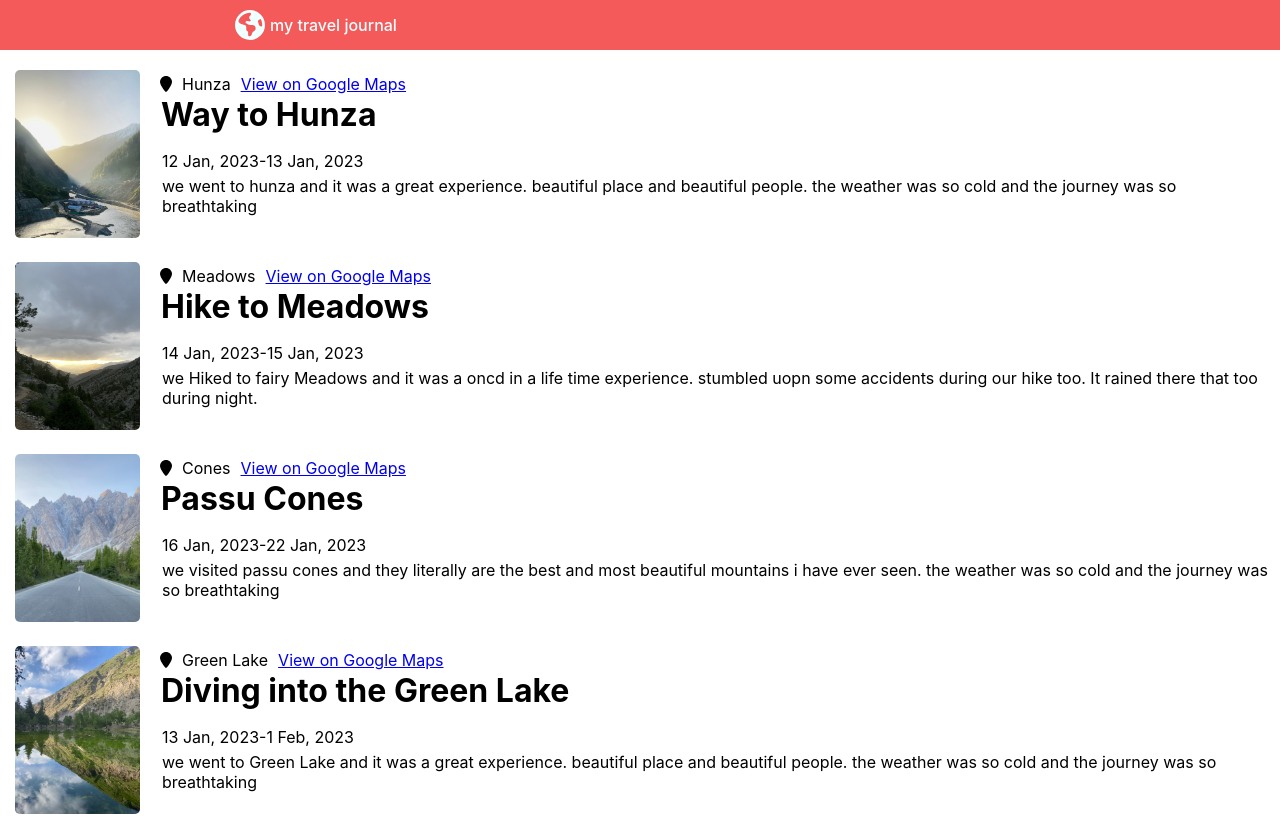
Repository: mortiestmorty1/travel-journal
Page: /
An editor plug-in stored every save of this project. The page is shown before and after the next save, followed by the edit.
The browser window is 1280 px wide. The pictures show the whole page.
The project was rebuilt for these pictures with package versions that can differ from the ones it lists, and the page was loaded fresh each time.

Above is the page before, as saved 2024-01-17 15:43:58.

After the next save:
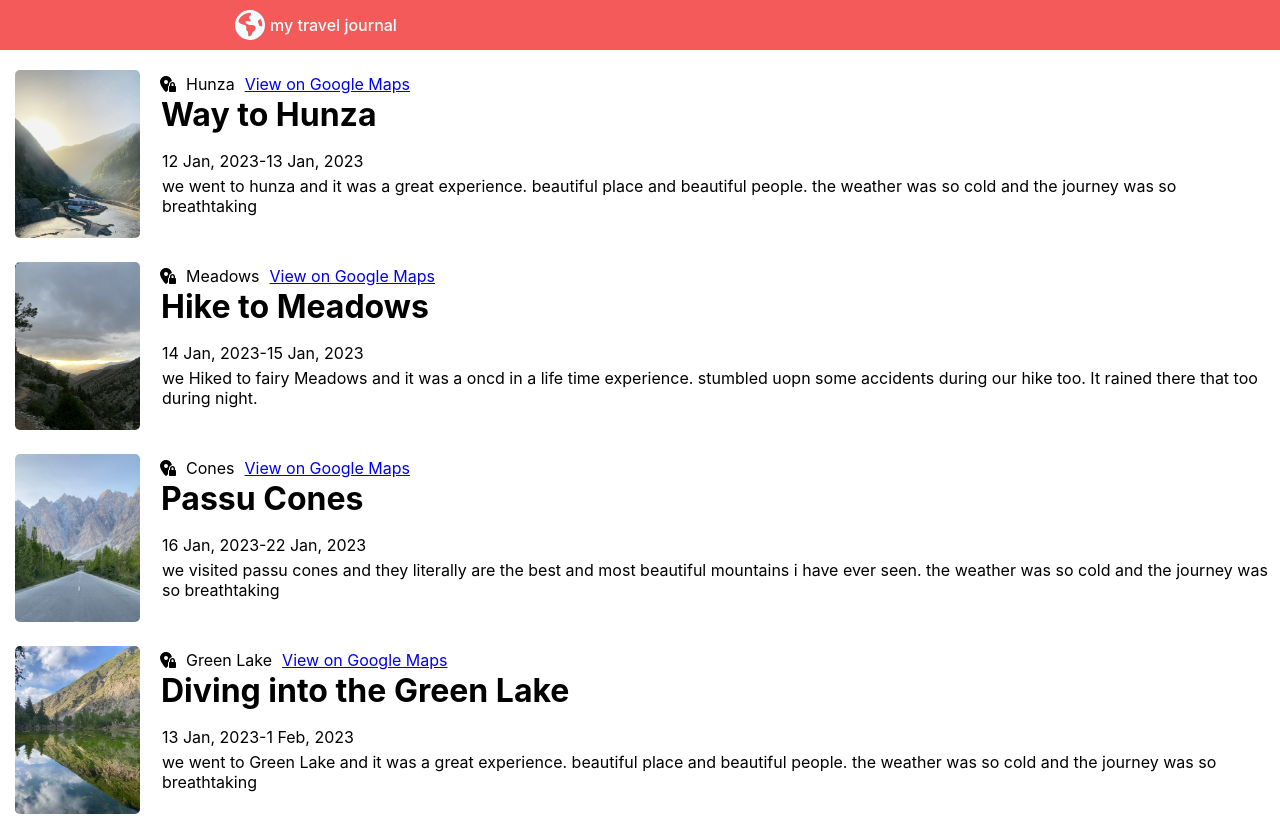
Saved 28 s later.
--- a/src/components/content.js
+++ b/src/components/content.js
@@ -1,6 +1,6 @@
 import React from "react";
 import { FontAwesomeIcon } from "@fortawesome/react-fontawesome";
-import { faLocationPin } from "@fortawesome/free-solid-svg-icons";
+import { faLocationPinLock } from "@fortawesome/free-solid-svg-icons";
 import "../App.css";
 function Content(props){
 
@@ -9,7 +9,7 @@ function Content(props){
             <img className="image" src={props.item.img}>
             </img>
             <div className="section1">
-                <FontAwesomeIcon icon={faLocationPin} className="Location"></FontAwesomeIcon>
+                <FontAwesomeIcon icon={faLocationPinLock} className="Location"></FontAwesomeIcon>
                 <span className="location">
                     {props.item.location}
                 </span>
